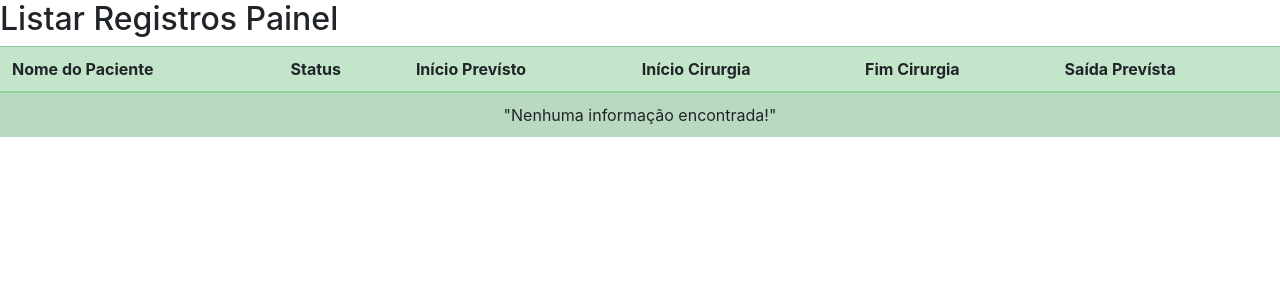
Repository: eduardo-r-jesus/Projeto_Centro_Cirurgico
Page: http://localhost/centro_cirurgico_web/formListaPainel.jsp
The author's editor kept a copy of each file at every save. The page is drawn from the files as they stood at one save, then again after the next save.
The browser window is 1280 px wide. The pictures show the whole page.
The page is served by Tomcat 9. Other server files are loaded and not shown. Queries for data that is not in the repository find no rows.

Above is the page before, as saved 2021-09-09 19:53:20.

### centro_cirurgico_web/src/main/webapp/formListaPainel.jsp
<%@page import="java.io.PrintWriter"%>
<%@page import="org.cc.model.Painel"%>
<%@page import="org.cc.dao.PainelDao"%>
<%@page import="java.util.List"%>
<%@page import="org.cc.model.Usuario"%>
<%@page import="org.cc.dao.UsuarioDao"%>
<%@ page language="java" contentType="text/html; charset=UTF-8"
	pageEncoding="UTF-8"%>

<head>
<meta charset="UTF-8">
<title>Listar Registros Painel</title>
<meta name="viewport" content="width=device-width, initial-scale=1">
<link rel="stylesheet" href="css/bootstrap.min.css">
<link rel="stylesheet" href="css/estilo.css">
</head>

<h2>Listar Registros Painel</h2>
<%
PrintWriter saida = response.getWriter();
%>

<table class="table table-success table-striped table-hover">
	<thead>
		<tr>
			<th>Nome do Paciente</th>
			<th>Status</th>
			<th>Início Prevísto</th>
			<th>Início Cirurgia</th>
			<th>Fim Cirurgia</th>
			<th>Saída Prevísta</th>
		</tr>
	</thead>
		<%
		PainelDao objPaiDao = new PainelDao();
		List<Painel> ls = objPaiDao.listarRegistrosPainel();

		if (ls.size() > 0) {
			for (Painel painel : ls) {
		%>

		<tr
			onclick="window.location.href = 'formGerenciaPainel.jsp?id=<%=painel.getId()%>'">

			<td width="40%"><%=painel.getNomePaciente()%></td>

			<%
			if(painel.getStatus().equals("operatorio")){
			%>
				<td class="operatorio" width="20%"><%=painel.getStatus()%></td>
			<%
			}else if(painel.getStatus().equals("sala-cirurgica")){%>
				<td class="salaCirurgia" width="20%"><%=painel.getStatus()%></td>
			<%
			}else if(painel.getStatus().equals("recuperacao")){%>
				<td class="recuperacao" width="20%"><%=painel.getStatus()%></td>
			<%
			}else if(painel.getStatus().equals("transferido")){%>
				<td class="transferido" width="20%"><%=painel.getStatus()%></td>
			<%
			}else{%>
				<td width="20%"><%=painel.getStatus()%></td>
			<%}%>

			<td width="10%"><%=painel.getInicioPrevisto()%></td>
			<td width="10%"><%=painel.getInicioCirurgia()%></td>
			<td width="10%"><%=painel.getFimCirurgia()%></td>
			<td width="10%"><%=painel.getSaidaPrevista()%></td>
		</tr>

		<%
		}
		%>



		<%
		} else {
		%>
		<tr>
			<td colspan="8" style="text-align: center">"Nenhuma informação
				encontrada!"</td>
		</tr>
		<%
		}
		%>
</table>

### centro_cirurgico_web/src/main/java/org/cc/dao/PainelDao.java
package org.cc.dao;

import java.sql.Connection;
import java.sql.PreparedStatement;
import java.sql.ResultSet;
import java.util.ArrayList;
import java.util.List;

import org.cc.conexao.Conexao;
import org.cc.model.Painel;

public class PainelDao {

	public boolean adicionarRegistroPacienePainel(Painel objPnl) {
		try {
			Connection cont = Conexao.conectar();

			String sql = "insert into painel (nome_paciente, status, local, inicio_previsto, inicio_cirurgia, fim_cirurgia, saida_prevista)"
					+ "values(?, ?, ?, ?, ?, ?, ?)";
			PreparedStatement pst = cont.prepareStatement(sql);
			pst.setString(1, objPnl.getNomePaciente());
			pst.setString(2, objPnl.getStatus());
			pst.setString(3, objPnl.getLocal());
			pst.setString(4, objPnl.getInicioPrevisto());
			pst.setString(5, objPnl.getInicioCirurgia());
			pst.setString(6, objPnl.getFimCirurgia());
			pst.setString(7, objPnl.getSaidaPrevista());
			pst.execute();
			pst.close();
			cont.close();
			return true;
		} catch (Exception e) {
			e.printStackTrace();
		}
		return false;
	}

	public boolean alterarRegistroPacienePainel(Painel objPnl) {
		try {
			Connection cont = Conexao.conectar();

			String sql = "update painel set nome_paciente = ?, status = ?, local = ?, inicio_previsto = ?, inicio_cirurgia = ?, fim_cirurgia = ?, saida_prevista = ? where id = ?";

			PreparedStatement pst = cont.prepareStatement(sql);
			pst.setString(1, objPnl.getNomePaciente());
			pst.setString(2, objPnl.getStatus());
			pst.setString(3, objPnl.getLocal());
			pst.setString(4, objPnl.getInicioPrevisto());
			pst.setString(5, objPnl.getInicioCirurgia());
			pst.setString(6, objPnl.getFimCirurgia());
			pst.setString(7, objPnl.getSaidaPrevista());
			pst.setInt(8, objPnl.getId());
			pst.execute();
			pst.close();
			cont.close();
			return true;
		} catch (Exception e) {
			e.printStackTrace();
		}
		return false;
	}


	public boolean excluirRegistroPacienePainel(int id) {
		try {
			Connection cont = Conexao.conectar();

			String sql = "delete from painel where id = ?";

			PreparedStatement pst = cont.prepareStatement(sql);
			pst.setInt(1, id);
			pst.execute();
			pst.close();
			cont.close();
			return true;
		} catch (Exception e) {
			e.printStackTrace();
		}
		return false;
	}

	public Painel getRegistroPainel(int id) {
		Painel pnl = new Painel();

		try {
			Connection cont = Conexao.conectar();
			PreparedStatement pst = cont.prepareStatement("select * from painel where id = ?");
			pst.setInt(1, id);
			ResultSet rs = pst.executeQuery();
			while (rs.next()) {
				pnl.setId(rs.getInt("id"));
				pnl.setNomePaciente(rs.getString("nome_paciente"));
				pnl.setStatus(rs.getString("status"));
				pnl.setLocal(rs.getString("local"));
				pnl.setInicioPrevisto(rs.getString("inicio_previsto"));
				pnl.setInicioCirurgia(rs.getString("inicio_cirurgia"));
				pnl.setFimCirurgia(rs.getString("fim_cirurgia"));
				pnl.setSaidaPrevista(rs.getString("saida_prevista"));
			}
			cont.close();
		} catch (Exception e) {
			// TODO: handle exception
			e.printStackTrace();
		}

		return pnl;
	}

	public List<Painel> listarRegistrosPainel() {
		List<Painel> ls = new ArrayList<>();
		try {
			Connection cont = Conexao.conectar();
			PreparedStatement pst = cont.prepareStatement("select * from painel order by id");
			ResultSet rs = pst.executeQuery();
			while (rs.next()) {
				Painel pnl = new Painel();
				pnl.setId(rs.getInt("id"));
				pnl.setNomePaciente(rs.getString("nome_paciente"));
				pnl.setStatus(rs.getString("status"));
				pnl.setLocal(rs.getString("local"));
				pnl.setInicioPrevisto(rs.getString("inicio_previsto"));
				pnl.setInicioCirurgia(rs.getString("inicio_cirurgia"));
				pnl.setFimCirurgia(rs.getString("fim_cirurgia"));
				pnl.setSaidaPrevista(rs.getString("saida_prevista"));
				ls.add(pnl);
			}
			cont.close();
		} catch (Exception e) {
			// TODO: handle exception
			e.printStackTrace();
		}

		return ls;
	}


}

### centro_cirurgico_web/src/main/java/org/cc/conexao/Conexao.java
package org.cc.conexao;
import java.sql.Connection;
import java.sql.DriverManager;

public class Conexao {

	public static Connection conectar(){
		try {
			Class.forName("org.postgresql.Driver");
			String url = "jdbc:postgresql://chunee.db.elephantsql.com:5432/ebjmmhdn";
			String usuarioDb = "ebjmmhdn";
			String senhaDb = "Q_lQBrTw3n5KYMr1FTCsDHp09OO4jpXR";
			return DriverManager.getConnection(url, usuarioDb, senhaDb);
		} catch (Exception e) {
			System.out.println("Erro de Conexão");
			e.printStackTrace();
			return null;
		}



	}
}

### centro_cirurgico_web/src/main/webapp/css/estilo.css

fieldset{
    width: 25%;
    height: 100%;
    margin: auto;
    border: 2px solid green;
    border-radius: 5px;
    margin-top: 40px;
}

legend{
   font-family: Helvetica, sans-serif;
   font-size: 16px;
   font-weight: bold;
}

.texto{
   margin-top: 20px;
   margin-bottom:10px;
   text-align: center;
   font-family: Helvetica, sans-serif;
   font-size: 16px;
   font-weight: bold;
}

input[type=email], input[type=password], input[type=radio], input[type=text], input[type=time]{
    border: 2px solid green;
    border-radius: 5px;
}

.borda{
	border: 2px solid green;
    border-radius: 5px;
}

input[type=email]:focus, input[type=password]:focus{
    background-color: #ffef01;
}

input[type=radio]{
	border-left: 5px;
}
.espacamento{
	margin-left: 30px;
}

.larguraTexto{
	height: 30px;
    display: block;
    width: 80%;
    margin: auto;
    margin-bottom: 10px;
}

.centro_img{
	width: 15em;
	text-align: center;
	border: solid 1px;
	color:yellow;
	margin: auto;
	margin-top: 30px;
}

.centro{
	text-align: center;
	margin-top: 30px;
}

.bt{
    border: 2px solid green;
    border-radius: 5px;
    background-color: green;
    color: #FFF;
    padding: 5px 10px;
    font-weight: bold;
    text-decoration: none;
    margin-top: 4px;
    margin-left: 5px;
}

.bt:hover{
    background-color: #FFF;
    color: green;
    cursor: pointer;
}

.bt_acessar a{
	color: #ffc107;
	border: 1px solid #ffc107;
    border-radius: 5px;
    padding: 2px 4px;
    text-decoration: none;
	float: right;
	margin-top: 2em;
	margin-right: 6em;
}

.bt_acessar a:hover{
	color: #fff;
	background-color: #ffc107;
}

#botao_direita a:hover{
	 text-decoration: none;
	 border-left: 200px;
	 color: #fff;
}

 ul{
    background-color: green;
    list-style-type: none;
    margin: 0;
    padding: 0;
    overflow: hidden;
}

li{
    float: left;
}

li a {
	display: inline-block;
    color:#FFF;
    padding: 16px;
    display: block;
    text-align: center;
    text-decoration: none;
}

li a:hover{
    background-color: yellow;
    color:green;
    text-decoration: none;
}

tr{
	cursor: pointer;
}

.operatorio{
	background-color: #fbd972;
}

.salaCirurgia{
	background-color: #fd5766;
}

.recuperacao{
	background-color: #89e89f;
}

.transferido{
	background-color: #28a745;
}

Loaded but not shown: centro_cirurgico_web/src/main/webapp/css/bootstrap.min.css (library)

After the next save:
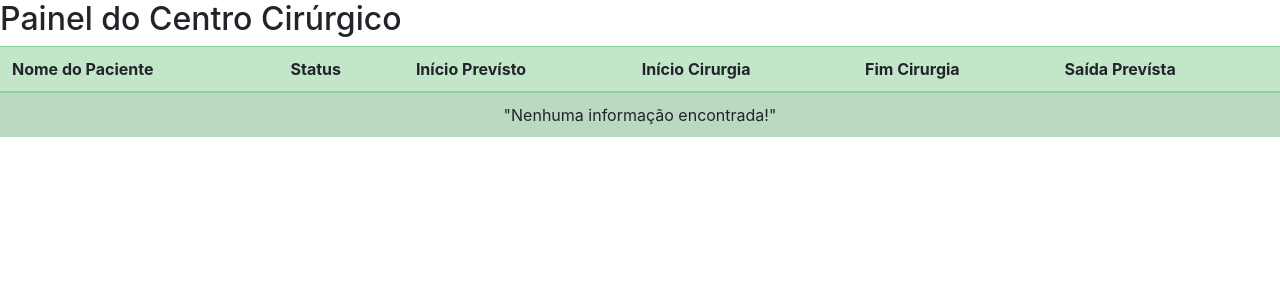
Saved 93 s later.
--- a/centro_cirurgico_web/src/main/webapp/formListaPainel.jsp
+++ b/centro_cirurgico_web/src/main/webapp/formListaPainel.jsp
@@ -15,7 +15,7 @@
 <link rel="stylesheet" href="css/estilo.css">
 </head>
 
-<h2>Listar Registros Painel</h2>
+<h2>Painel do Centro Cirúrgico</h2>
 <%
 PrintWriter saida = response.getWriter();
 %>
